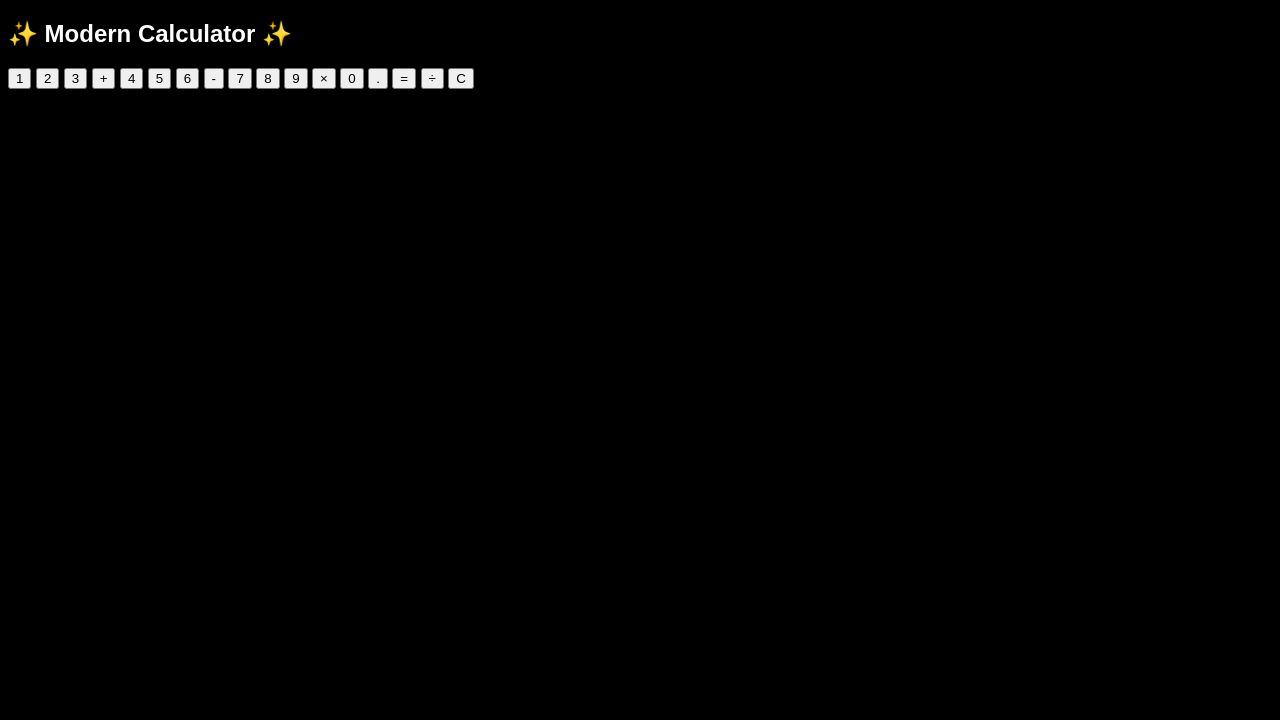
Repository: hawamubarakk/Calculator
Page: calculator.html
An editor plug-in stored every save of this project. The page is shown before and after the next save, followed by the edit.
The browser window is 1280 px wide. The pictures show the whole page.

Above is the page before, as saved 2025-08-15 21:45:31.

After the next save:
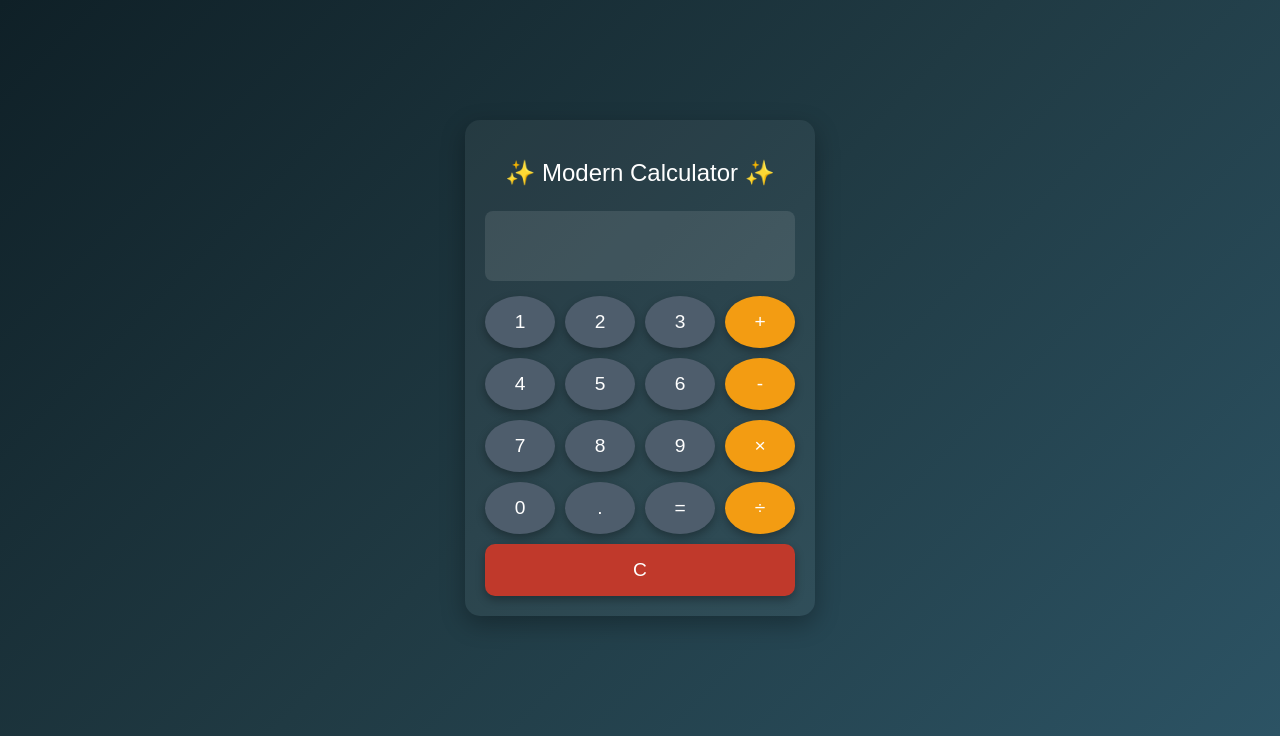
Saved 5 s later.
--- a/style.css
+++ b/style.css
@@ -1,56 +1,77 @@
-      body {
-        background-color: black;
-        color: white;
-        font-family: Arial, sans-serif;
-      }
+body {
+  background: linear-gradient(135deg, #0f2027, #203a43, #2c5364);
+  font-family: Arial, sans-serif;
+  color: white;
+  display: flex;
+  justify-content: center;
+  align-items: center;
+  height: 100vh;
+}
 
-      .operators {
-        font-size: 20px;
-        width: 60px;
-        height: 60px;
-        background-color: rgb(234, 155, 10);
-        border: none;
-        color: white;
-        padding: 10px;
-        border-radius: 50%;
-        font-weight: bold;
-        cursor: pointer;
-        margin-right: 10px;
-        margin-bottom: 10px;
-        display: inline-block;
-        text-align: center;
-      }
+.calculator-container {
+  background: rgba(255, 255, 255, 0.05);
+  padding: 20px;
+  border-radius: 15px;
+  box-shadow: 0 8px 25px rgba(0, 0, 0, 0.3);
+  text-align: center;
+}
 
-      .button {
-        font-size: 20px;
-        width: 60px;
-        height: 60px;
-        background-color: grey;
-        color: white;
-        border: none;
-        padding: 10px;
-        border-radius: 50%;
-        font-weight: bold;
-        cursor: pointer;
-        margin-right: 10px;
-        margin-bottom: 10px;
-        text-align: center;
-      }
+h2 {
+  margin-bottom: 10px;
+  font-weight: normal;
+}
 
-      .button1 {
-        font-size: 15px;
-        width: 60px;
-        height: 60px;
-        background-color: grey;
-        color: white;
-        border: none;
-        padding: 20px;
-        border-radius: 50%;
-        font-weight: bold;
-        cursor: pointer;
-        margin-right: 10px;
-        margin-bottom: 10px;
-        display: flex;
-        justify-content: center;
-        align-items: center;
-      }
+.js-calculation {
+  background: rgba(255, 255, 255, 0.1);
+  padding: 15px;
+  border-radius: 8px;
+  font-size: 1.5rem;
+  margin-bottom: 15px;
+  min-height: 40px;
+  transition: all 0.3s ease-in-out;
+}
+
+.buttons-grid {
+  display: grid;
+  grid-template-columns: repeat(4, 70px);
+  gap: 10px;
+}
+
+button {
+  font-size: 1.2rem;
+  padding: 15px;
+  border: none;
+  border-radius: 50%;
+  background: #4e5d6c;
+  color: white;
+  cursor: pointer;
+  transition: transform 0.15s ease, background 0.3s ease;
+  box-shadow: 0 4px 10px rgba(0,0,0,0.3);
+}
+
+button:hover {
+  background: #6c7a89;
+  transform: scale(1.1);
+}
+
+button:active {
+  transform: scale(0.9);
+}
+
+.op {
+  background: #f39c12;
+}
+
+.op:hover {
+  background: #e67e22;
+}
+
+.clear-btn {
+  grid-column: span 4;
+  border-radius: 10px;
+  background: #c0392b;
+}
+
+.clear-btn:hover {
+  background: #e74c3c;
+}
